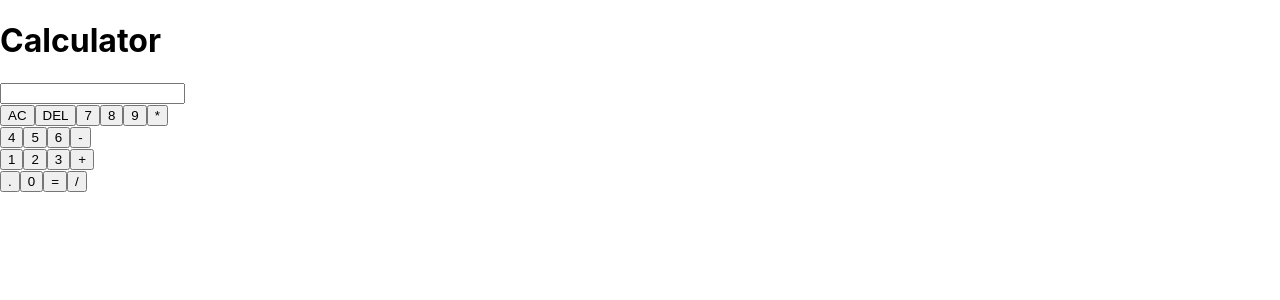
Repository: thesaherriaz/Calculator-React
Page: /
The author's editor kept a copy of each file at every save. The page is drawn from the files as they stood at one save, then again after the next save.
The browser window is 1280 px wide. The pictures show the whole page.
The project was rebuilt for these pictures with package versions that can differ from the ones it lists, and the page was loaded fresh each time.

Above is the page before, as saved 2025-06-18 14:13:11.

### src/App.js
import React from 'react'
import Calculator from './compnents/Calculator'

function App() {
  return (
    <Calculator />
  )
}

export default App

### src/compnents/Calculator.jsx
import React from 'react'

function Calculator() {
  return (
    <>
        <div className="Calculator">
            <h1>Calculator</h1>
            <input type="text" name="input" id="input" />
            <div>
                <button>AC</button>
                <button>DEL</button>
                <button>7</button>
                <button>8</button>
                <button>9</button>
                <button>*</button> <br />
                <button>4</button>
                <button>5</button>
                <button>6</button>
                <button>-</button> <br />
                <button>1</button>
                <button>2</button>
                <button>3</button>
                <button>+</button> <br />
                <button>.</button>
                <button>0</button>
                <button>=</button>
                <button>/</button>
            </div>
        </div>
    </>
  )
}

export default Calculator

Loaded but not shown: public/index.html (common file); src/index.js (common file); src/index.css (common file); src/reportWebVitals.js (common file)

After the next save:
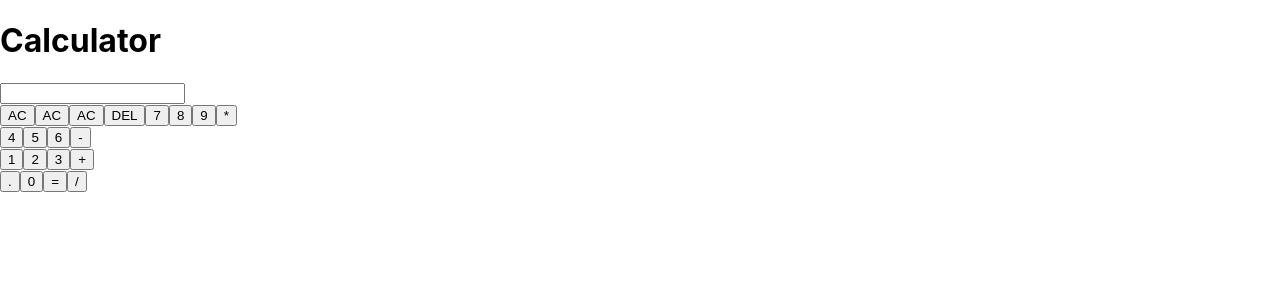
Saved 41 min 4 s later.
--- a/src/compnents/Calculator.jsx
+++ b/src/compnents/Calculator.jsx
@@ -7,6 +7,8 @@ function Calculator() {
             <h1>Calculator</h1>
             <input type="text" name="input" id="input" />
             <div>
+                <button>AC</button>
+                <button>AC</button>
                 <button>AC</button>
                 <button>DEL</button>
                 <button>7</button>
